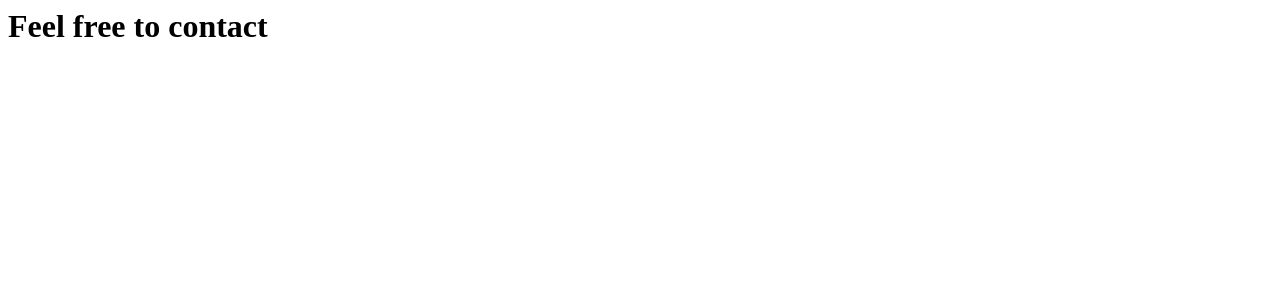
Repository: asifdotpy/demo_webpage
Page: about.html
An editor plug-in stored every save of this project. The page is shown before and after the next save, followed by the edit.
The browser window is 1280 px wide. The pictures show the whole page.

Above is the page before, as saved 2021-01-18 21:20:12.

### about.html
<h1>Feel free to contact </h1>

After the next save:
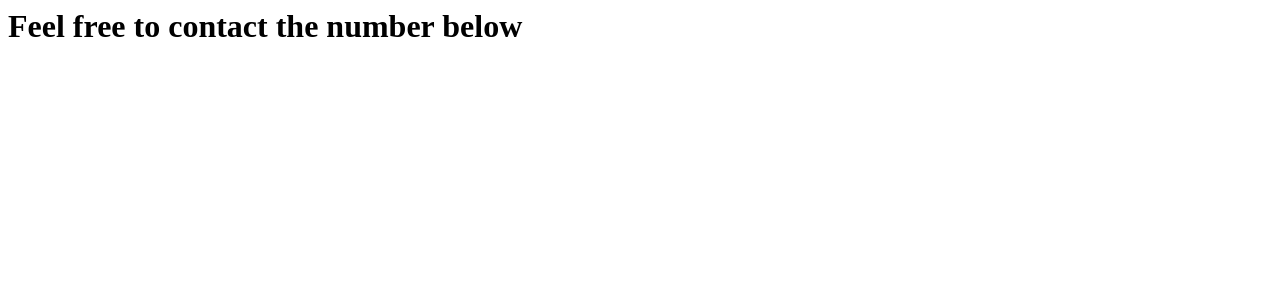
Saved 12 s later.
--- a/about.html
+++ b/about.html
@@ -1 +1 @@
-<h1>Feel free to contact </h1>
+<h1>Feel free to contact the number below</h1>
